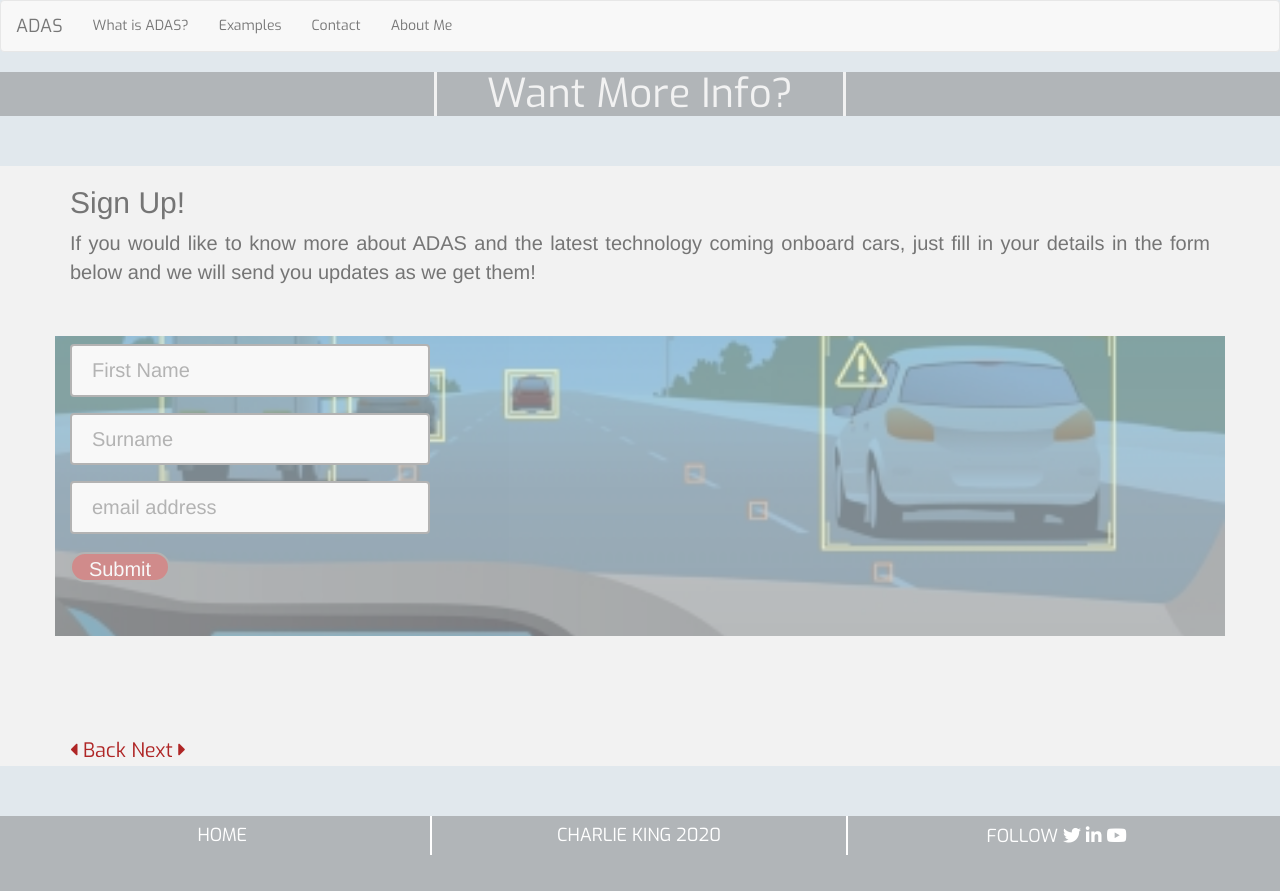
Repository: Cha-K28/First-Milestone-Project
Page: contact.html
The author's editor kept a record of every edit. The page is drawn from the files as they stood at one moment, then again after the next edit.
The browser window is 1280 px wide. The pictures show the whole page.
Some web libraries are served in a nearby version.

Above is the page before.

### contact.html
<!DOCTYPE html>
<html lang="en">

<head>
    <meta charset="utf-8">
    <meta name="viewport" content="width=device-width, initial-scale=1">
    <link rel="stylesheet" href="https://maxcdn.bootstrapcdn.com/bootstrap/3.4.1/css/bootstrap.min.css">
    <script src="https://ajax.googleapis.com/ajax/libs/jquery/3.4.1/jquery.min.js"></script>
    <script src="https://maxcdn.bootstrapcdn.com/bootstrap/3.4.1/js/bootstrap.min.js"></script>
    <link href="https://fonts.googleapis.com/css?family=Exo&display=swap" rel="stylesheet">
    <link rel="stylesheet" href="https://cdnjs.cloudflare.com/ajax/libs/font-awesome/5.11.2/css/all.css" type="text/css" />

    <link rel="stylesheet" href="css/style.css" type="text/css" />
    <title>ADAS - What is it?</title>
</head>

<body>
    <!-- header  -->
    <header>
        <nav class="navbar navbar-default">
            <div class="container-fluid">
                <div class="navbar-header">

                    <button type="button" class="navbar-toggle" data-toggle="collapse" data-target="#myNavbar">
                        <span class="icon-bar"></span>
                        <span class="icon-bar"></span>
                        <span class="icon-bar"></span>
                    </button>

                    <a class="navbar-brand" href="index.html">ADAS</a>
                </div>
                <div class="collapse navbar-collapse" id="myNavbar">
                    <ul class="nav navbar-nav">
                        <li><a href="what_is_adas.html">What is ADAS?</a></li>
                        <li><a href="examples.html">Examples</a></li>
                        <li><a href="contact.html">Contact</a></li>
                        <li><a href="about_me.html">About Me</a></li>
                    </ul>
                </div>
            </div>
        </nav>
    </header>
    <!-- End header  -->

    <!-- Content -->

    <div class="top_headings">
        <H1>Want More Info?</H1>
    </div>

    <div class="bright_background">

        <div class="container">

            <h2>Sign Up!</h2>


            <p>
                If you would like to know more about ADAS and the latest technology coming onboard cars, just fill in your details in the form below and we will send you updates as we get them!
            </p>

            <div class="row">

                <div class="background-image-3">

                <div class="col-md-4">
                    <form>
                        <input type="text" name="first_name" placeholder="First Name" />
                        <input type="text" name="surname" placeholder="Surname" />
                        <input type="email" name="email" placeholder="email address">
                        <input type="submit" value="Submit" />
                    </form>
                </div>

                </div>

            </div>

            <p>
                <!-- empty paragraph to create space between submit button and back/next buttons -->
            </p>




                <div>

                    <a href="examples.html" class="red-color"><i class="fas fa-caret-left"></i> Back </a>
                    <a href="about_me.html" class="red-color">Next <i class="fas fa-caret-right"></i></a>

                </div>



        </div>
    </div>

    <!-- End Content -->



    <!-- footer -->
    <div class="footer">
        <footer class="container-fluid footer_background">

                <div>
                    <div class="col-sm-4 footer_box">
                        <h4><a href="index.html">Home</a></h4>
                    </div>
                    <div class="col-sm-4 footer_box">
                        <h4>Charlie King 2020</h4>

                    </div>

                    <div class="col-sm-4">

                        <h4>Follow

                            <a href="https://twitter.com/"> <i class="fab fa-twitter"></i></a>
                            <a href="https://ie.linkedin.com/"><i class="fab fa-linkedin-in"></i></a>
                            <a href="https://www.youtube.com/"><i class="fab fa-youtube"></i></a>

                        </h4>

                    </div>
                </div>

        </footer>
    </div>


    <!-- End footer -->

</body>

</html>

### css/style.css
body {
  background-color: #e1e8ed;
}


/* --------------------------------------- headings etc*/

.top_headings {
  background-color: #75757573;

}

h1 {
  display: block;
  text-align: center;
  font-size: 40px;
  font-family: 'Exo', sans-serif;
  color: #f2f2f2;
  margin-left: auto;
  margin-right: auto;
  padding-left: 50px;
  padding-right: 50px;
  margin-bottom: 50px;
  width: fit-content;
  width: -moz-fit-content;
  width: -webkit-fit-content;

}

@media (Min-Width:768px) {

  h1 {
    border-right: solid 3px #f2f2f2;
    border-left: solid 3px #f2f2f2;
  }

}

h2 {
  text-align: left;
}


h4 {
  margin-top: 10px;
  text-align: center;
  font-family: 'Exo', sans-serif;
  color: white;
  text-transform: uppercase;
}


/*----------------------------------------------- headings etc close */

/*----------------------------------------------- main content */

.container {

  font-size: 20px;
  color: #757575;
  text-align: justify;

}



.background-image {
  background-image: url(../images/background.png);
  background-size: cover;
  height: 450px;
  width: auto;
  background-position: center;
  background-repeat: no-repeat;
  margin-bottom: 50px;


}

@media (Max-Width:768px) {

  .background-image {
    height: 350px;
  }
}


@media (Max-Width:414px) {

  .background-image {
    height: 200px;
  }
}


.background-image-2 {
  background-image: url(../images/backround_image_2.jpg);
  background-size: cover;
  height: 200px;
  width: auto;
  background-position: center;
  background-repeat: no-repeat;
  margin-bottom: 50px;

}

.background-image-3 {

  background-image: url(../images/background-image-3.jpg);
  background-size: cover;
  height: 300px;
  width: auto;
  background-position: center;
  background-repeat: no-repeat;
  margin-bottom: 50px;
  opacity: 0.5;
}


p {
  margin-bottom: 50px;

}


.bright_background {
  background-color: #f2f2f2;
}


button {
  display: block;
  margin-left: auto;
  margin-right: auto;
  margin-bottom: 15px;
  border-radius: 25px;
  color: white;
  background-color: #af2626;
  border: none;

}

button:hover {
  background-color: #f2f2f2 ;
  color: #757575 ;
  transition-duration: 3s;

}

.red-color {
  color: #af2626 ;
}


a {
  font-family: "Exo", sans-serif;
  color: white;
}


a:hover {
  color: #757575 ;
  transition-duration: 2s;
}



/*----------------------------------------end main content */



/* ---------------------------------- contact form */

input[type=email] {
  width: 100%;
  background-color: white;
  color: #757575;
  padding: 10px 20px;
  margin: 8px 0;
  border: solid #757575 2px;
  border-radius: 4px;
  cursor: pointer;

}

input[type=text] {
  width: 100%;
  background-color: white;
  color: #757575;
  padding: 10px 20px;
  margin: 8px 0;
  border: solid #757575 2px;
  border-radius: 4px;
  cursor: pointer;

}

input[type=submit] {
  width: 100px;
  height: 30px;
  border-radius: 25px;
  border: solid #757575 2px;
  margin-top: 10px;
  color: white;
  background-color: #af2626;
  margin-bottom: 10px;

}

/* ----------------------------------------- Contact Form */



/* ----------------------------footer */

.footer {
  margin-top: 50px;
}


.footer_background {
  background-color: #75757573;
  height: 75px;
  position: relative;
  width: 100%;
}

@media (Max-width:768px) {

  .footer_background {
    height: fit-content;
    height: -moz-fit-content;
    height: -webkit-fit-content;
  }

}



@media (Min-Width:768px) {

  .footer_box {
    border-right: solid 2px white;
  }

}


/* ------------------------------footer */

After the next edit:
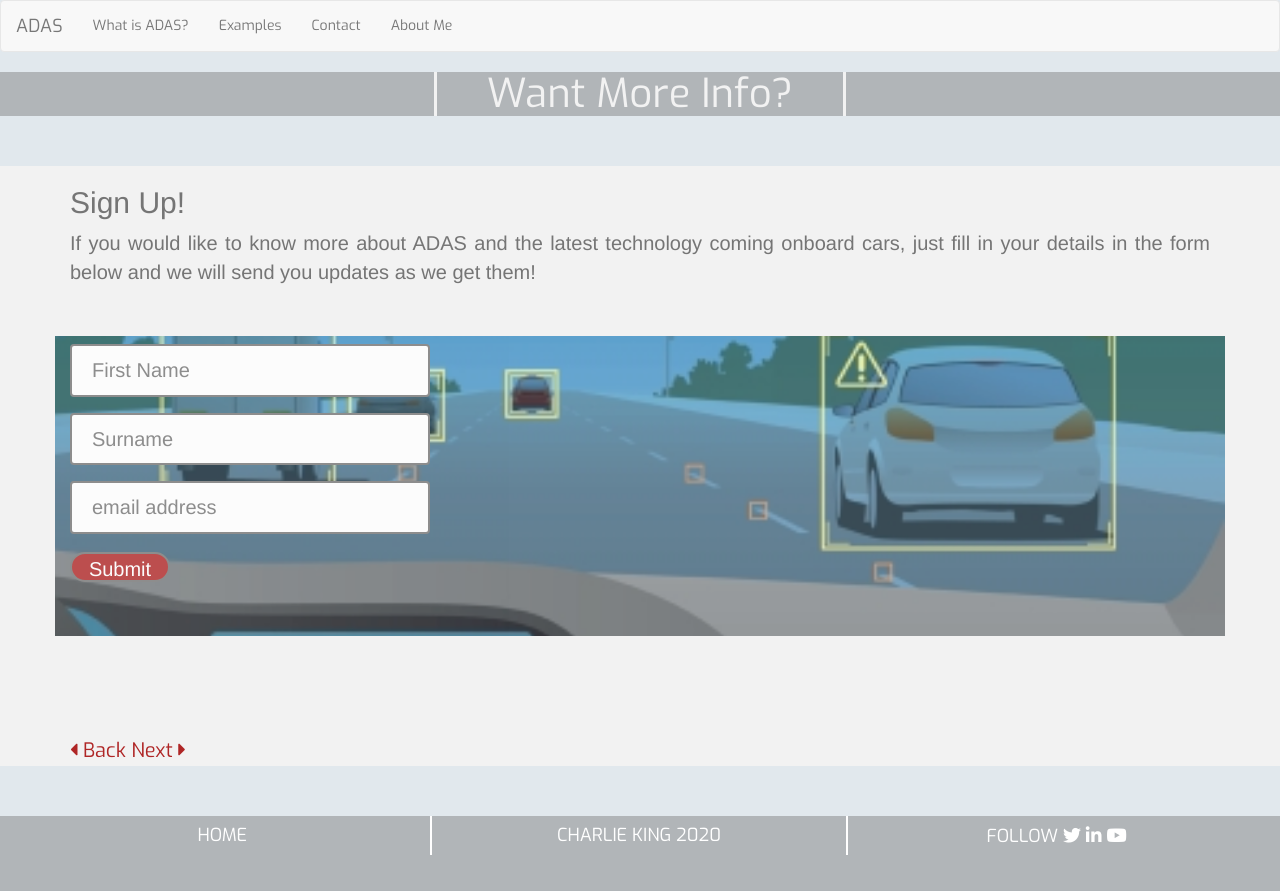
The edit:
--- a/css/style.css
+++ b/css/style.css
@@ -112,7 +112,7 @@
   background-position: center;
   background-repeat: no-repeat;
   margin-bottom: 50px;
-  opacity: 0.5;
+  opacity: 0.8;
 }
 
 
